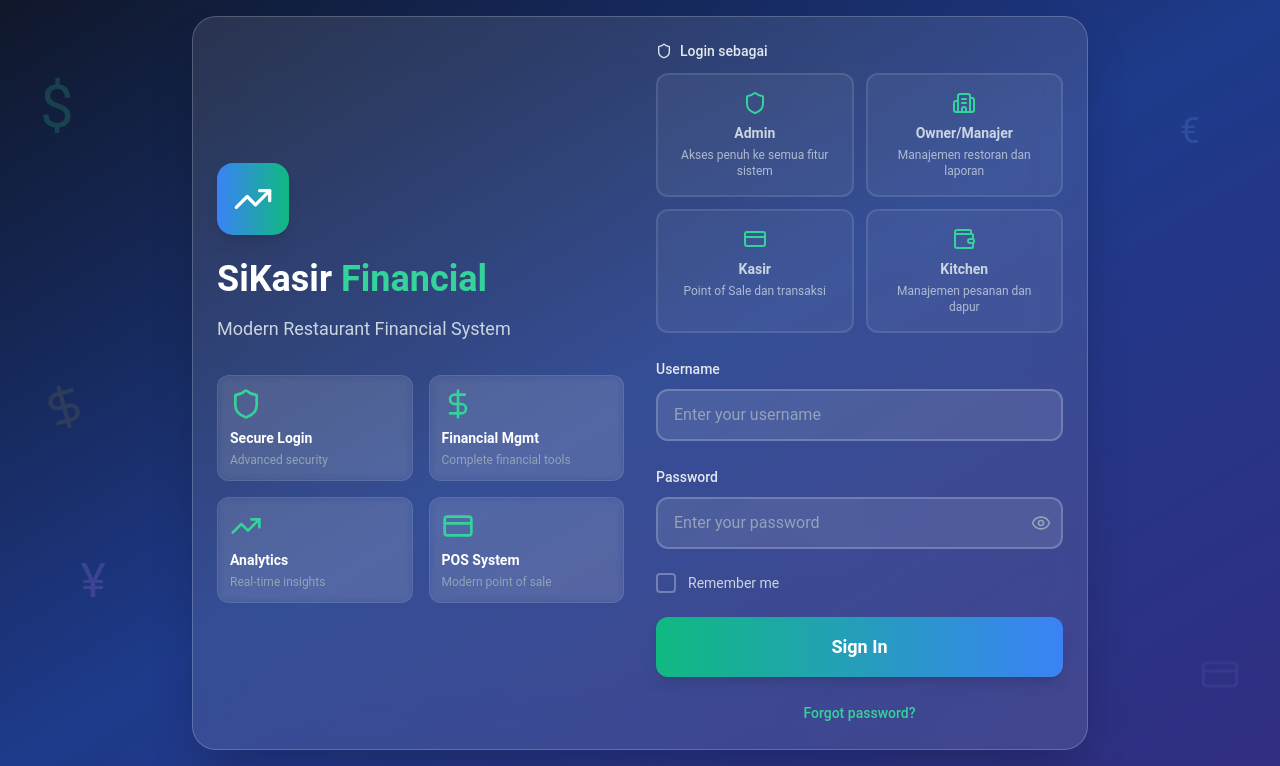
Repository: luthfirf17/SiKasir
Page: / (app in frontend/)
The author's editor kept a copy of each file at every save. The page is drawn from the files as they stood at one save, then again after the next save.
The browser window is 1280 px wide. The pictures show the whole page.
The page's requests for data from a server got no answer. The project was rebuilt for these pictures with package versions that can differ from the ones it lists, and the page was loaded fresh each time. No one was signed in, and anything a server would have sent is missing. Also part of the build but not shown: frontend/src/modules/admin/config/navigationConfig.ts, frontend/src/modules/admin/components/ModernAdminNavigation.tsx, frontend/src/modules/admin/components/AdminNavbar.tsx, frontend/src/modules/admin/layouts/AdminLayout.tsx, frontend/src/modules/admin/pages/DashboardPage.tsx, frontend/src/services/MenuService.ts, frontend/src/utils/menuDataConverter.ts, frontend/src/hooks/useMenuData.ts and 19 more.

Above is the page before, as saved 2025-09-25 17:31:50.

After the next save:
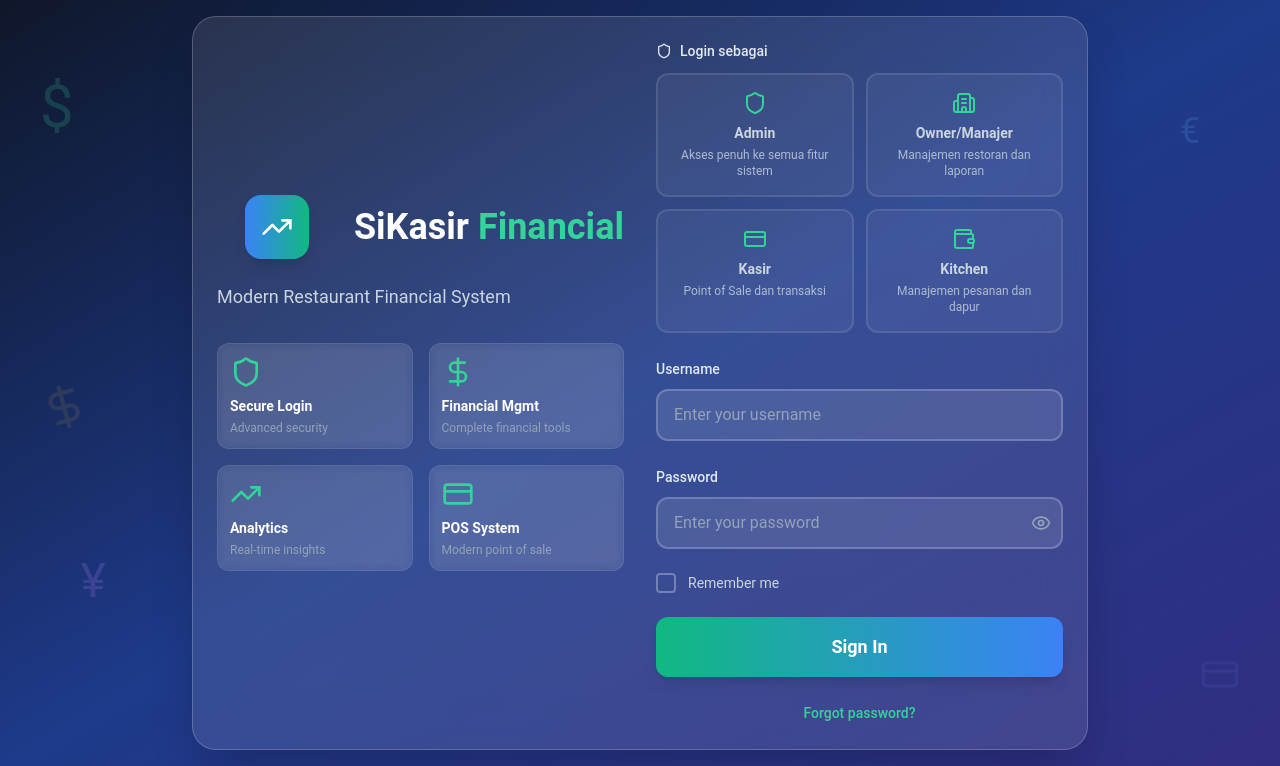
Saved 54 s later.
--- a/frontend/src/pages/LoginPage.tsx
+++ b/frontend/src/pages/LoginPage.tsx
@@ -199,14 +199,14 @@ const LoginPage = () => {
             {/* Left Side - Branding & Features */}
             <div className="space-y-8">
               <div className="text-center lg:text-left">
-                <div className="flex justify-center lg:justify-start mb-6">
-                  <div className="p-4 bg-gradient-to-r from-blue-500 to-emerald-500 rounded-2xl shadow-lg transform hover:scale-110 transition-transform duration-300">
-                    <TrendingUp className="h-10 w-10 text-white" />
+                <div className="flex justify-center items-center gap-4 mb-6">
+                  <div className="p-4 bg-gradient-to-r from-blue-500 to-emerald-500 rounded-2xl shadow-lg transform hover:scale-110 transition-transform duration-300 mx-auto">
+                    <TrendingUp className="h-8 w-8 text-white" />
                   </div>
+                  <h1 className="text-3xl lg:text-4xl font-bold text-white mb-0">
+                    SiKasir <span className="text-emerald-400">Financial</span>
+                  </h1>
                 </div>
-                <h1 className="text-3xl lg:text-4xl font-bold text-white mb-4">
-                  SiKasir <span className="text-emerald-400">Financial</span>
-                </h1>
                 <p className="text-slate-300 text-lg mb-8">
                   Modern Restaurant Financial System
                 </p>
